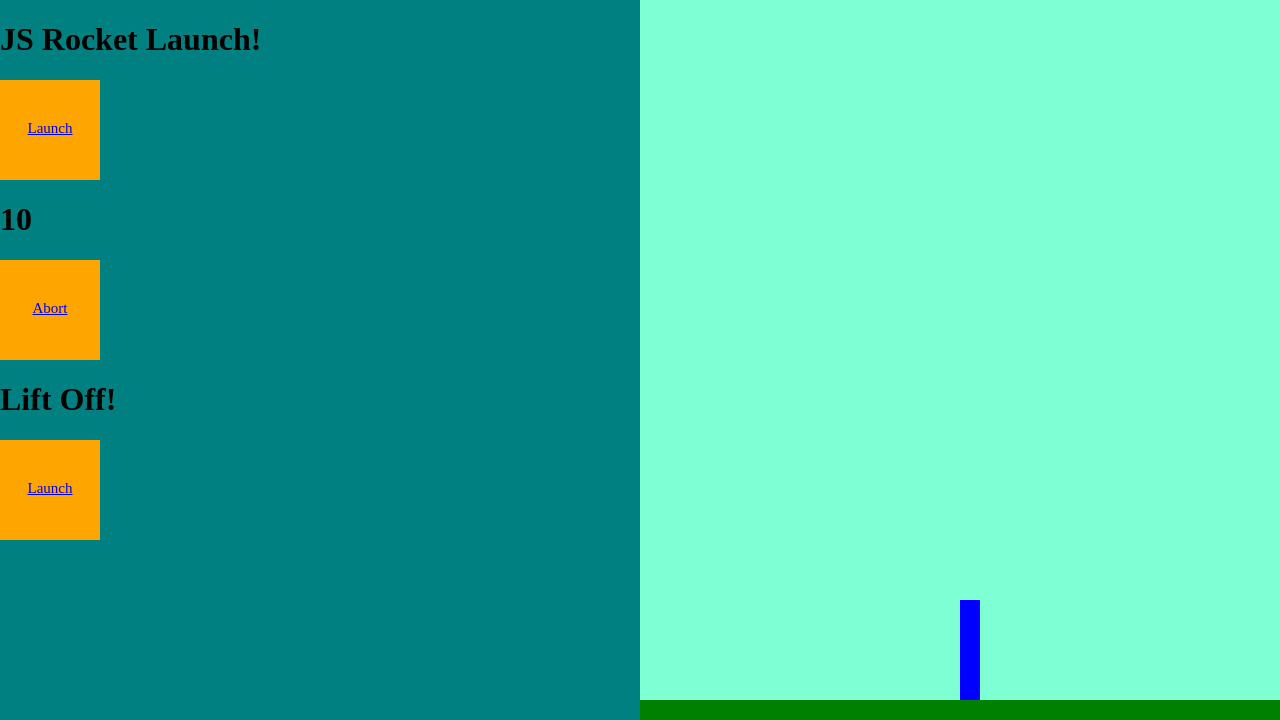
Repository: alcarrizo/Rocket-launch
Page: index.html
An editor plug-in stored every save of this project. The page is shown before and after the next save, followed by the edit.
The browser window is 1280 px wide. The pictures show the whole page.

Above is the page before, as saved 2022-10-19 20:45:27.

After the next save:
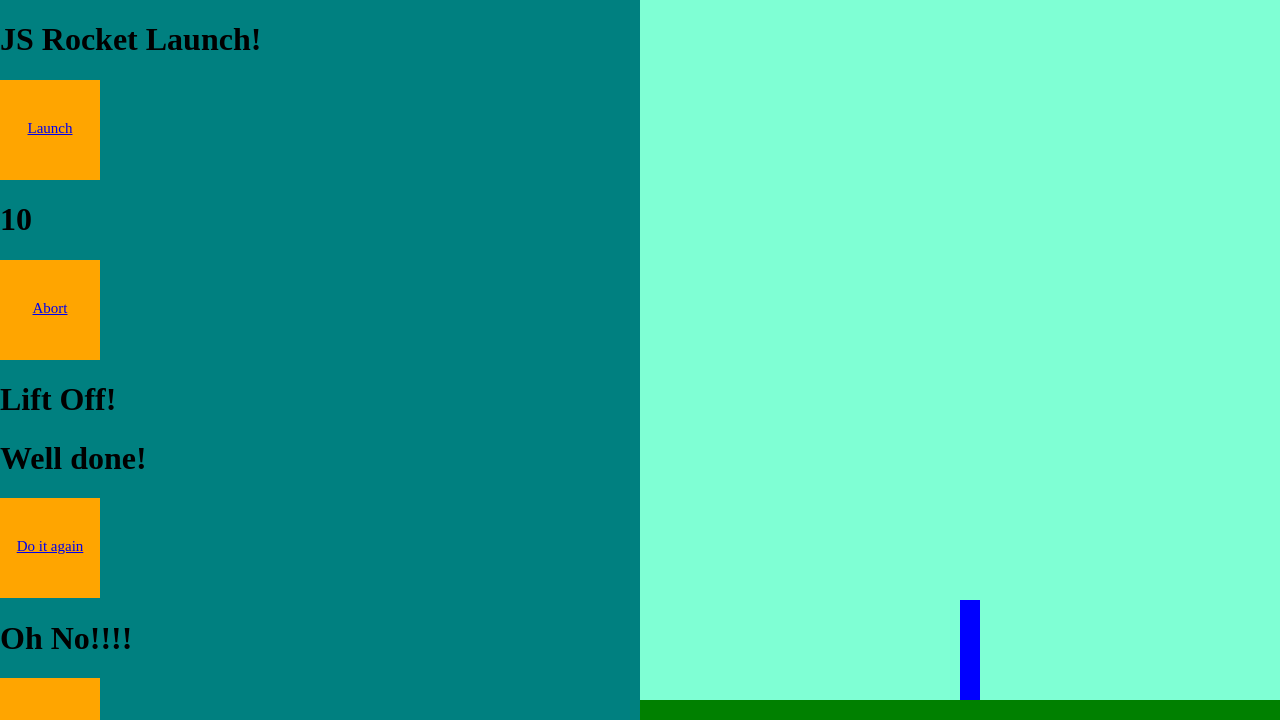
Saved 103 s later.
--- a/index.html
+++ b/index.html
@@ -20,7 +20,14 @@
         </div>
         <div class="state3">
             <h1>Lift Off!</h1>
-            <a href="#" class="button" onclick="startCountDown();">Launch</a>
+        </div>
+        <div class="state4">
+            <h1>Well done!</h1>
+            <a href="#" class="button" onclick="doItAgain();">Do it again</a>
+        </div>
+        <div class="state1">
+            <h1>Oh No!!!!</h1>
+            <a href="#" class="button" onclick="doItAgain();">Try Again!</a>
         </div>
     </div>
 
